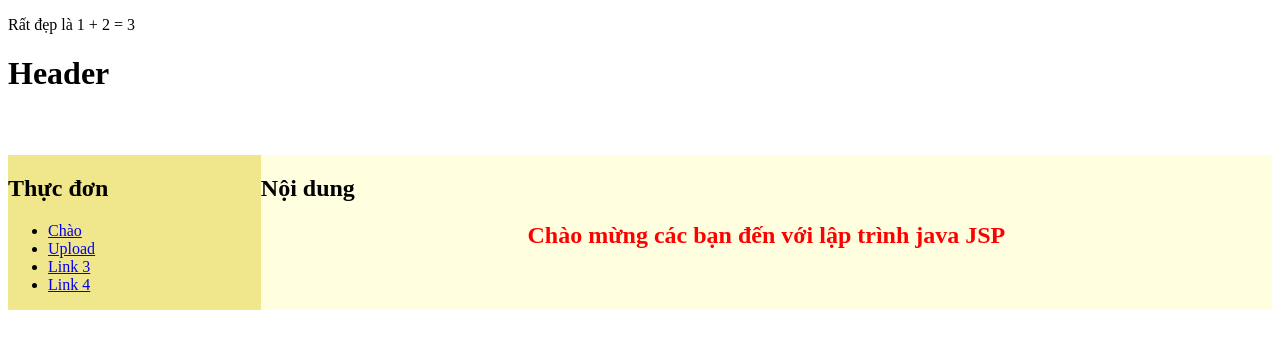
Repository: hoa-nguyen-bk/Module_3
Page: http://localhost/Bai3_JSP/Vd1
The author's editor kept a copy of each file at every save. The page is drawn from the files as they stood at one save, then again after the next save.
The browser window is 1280 px wide. The pictures show the whole page.
The page is served by Tomcat 9.

Above is the page before, as saved 2024-08-06 14:00:15.

After the next save:
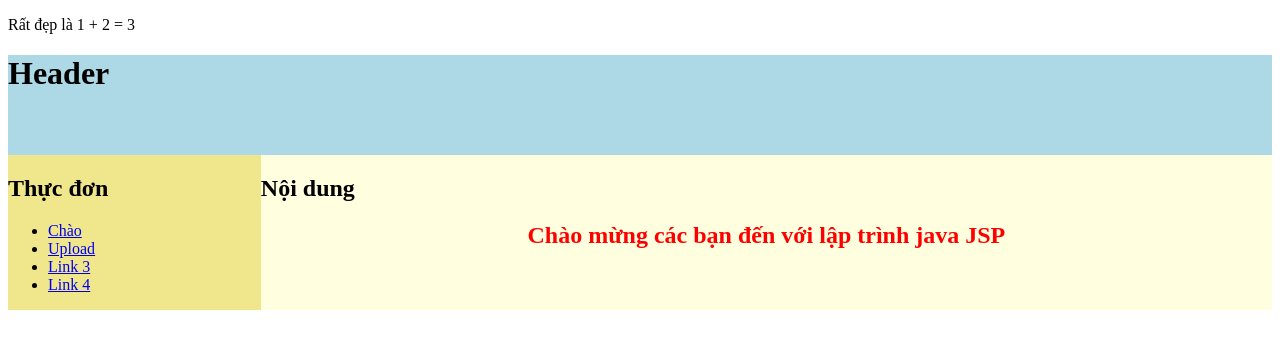
Saved 86 s later.
--- a/Bai3_JSP/src/main/webapp/WEB-INF/tags/btvn_3_6_template.tag
+++ b/Bai3_JSP/src/main/webapp/WEB-INF/tags/btvn_3_6_template.tag
@@ -13,7 +13,7 @@
 header, footer {
 	width: 100%;
 	height: 100px;
-	background-color: light-blue;
+	background-color: lightblue;
 }
 
 main {
